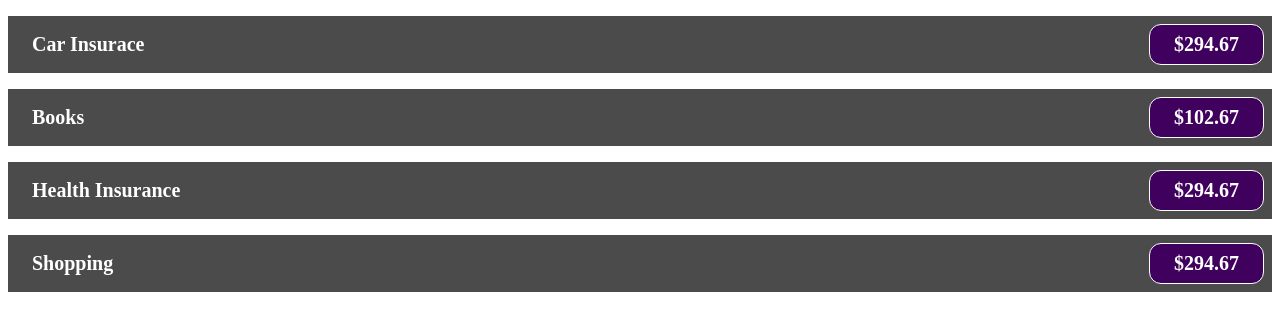
Repository: AbrorjonKuchkarov/expence-tracker-react
Page: /
An editor plug-in stored every save of this project. The page is shown before and after a run of saves, followed by the edit.
The browser window is 1280 px wide. The pictures show the whole page.
The project was rebuilt for these pictures with package versions that can differ from the ones it lists, and the page was loaded fresh each time. Also part of the build but not shown: src/App.css.

Above is the page before, as saved 2022-04-13 15:42:53.

### src/App.js
import "./App.css";
import ExpenseItem from "./components/ExpenseItem";

function App() {
  const expenses = [
    {
      id: "01",
      title: "Car Insurace",
      amount: 294.67,
      // date: new Date(2022, 2, 28),
    },
    {
      id: "02",
      title: "Books",
      amount: 102.67,
      // date: new Date(2022, 3, 28),
    },
    {
      id: "03",
      title: "Health Insurance",
      amount: 294.67,
      // date: new Date(2022, 4, 02),
    },
    {
      id: "04",
      title: "Shopping",
      amount: 294.67,
      // date: new Date(2022, 2, 28),
    },
  ];
  return (
    <div>
      <ExpenseItem
        title={expenses[0].title}
        amount={expenses[0].amount}
        date={expenses[0].date}
      ></ExpenseItem>
      <ExpenseItem
        title={expenses[1].title}
        amount={expenses[1].amount}
        date={expenses[1].date}
      ></ExpenseItem>
      <ExpenseItem
        title={expenses[2].title}
        amount={expenses[2].amount}
        date={expenses[2].date}
      ></ExpenseItem>
      <ExpenseItem
        title={expenses[3].title}
        amount={expenses[3].amount}
        date={expenses[3].date}
      ></ExpenseItem>
    </div>
  );
}

export default App;

### src/components/ExpenseItem.js
import React from "react";
import "./ExpenseItem.css";

const ExpenseItem = (props) => {
  return (
    <div className="expense-item">
      {/* <div>{props.date.toISOString()}</div> */}
      <div className="expense-item__description">
        <h2>{props.title}</h2>
        <div className="expense-item__price">${props.amount}</div>
      </div>
    </div>
  );
};

export default ExpenseItem;

### src/components/ExpenseItem.css
.expense-item{
   display: flex;
   justify-content: space-between;
   align-items: center;
   box-shadow: 0, 2px, 8px rgba(0,0,0,0.25);
   padding: 0.5rem;
   margin: 1rem 0;
   background-color: #4b4b4b;
}

.expense-item__description{
   display: flex;
   flex-direction: column;
   gap: 1rem;
   align-items: flex-end;
   flex-flow: column-reverse;
   justify-content: flex-start;
   flex: 1;
}

.expense-item h2{
   color: #3a3a3a;
   font-size: 1rem;
   flex: 1;
   margin: 0 1rem;
   color: white;
}

.expense-item__price {
   font-size: 1rem;
   font-weight: bold;
   color: white;
   background-color: #40005d;
   border: 1px solid white;
   padding: 0.5rem;
   border-radius: 12px;
}

@media (min-width: 580px){
   .expense-item__description{
      flex-direction: row;
      align-items: center;
      justify-content: flex-start;
      flex: 1;
   }

   .expense-item__description h2 {
      font-size: 1.25rem;
   }

   .expense-item__price {
      font-size: 1.25rem;
      padding: 0.5rem 1.5rem;
   }
}

Loaded but not shown: public/index.html (common file); src/index.js (common file)

After the next 5 saves:
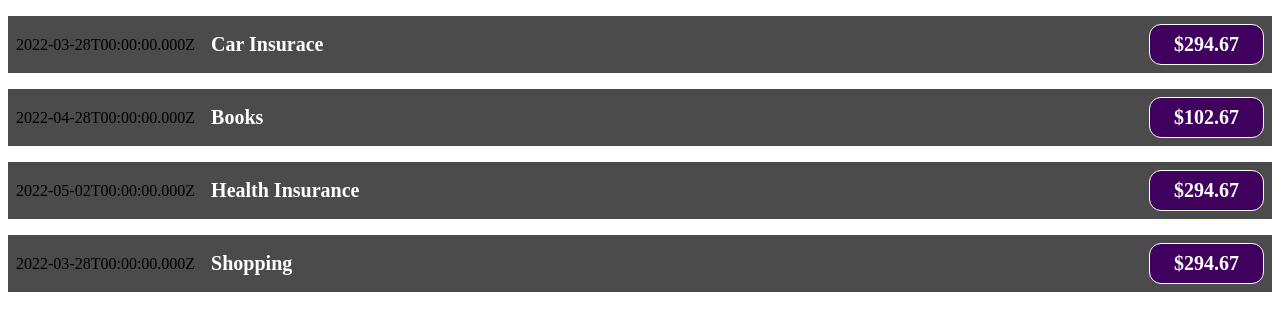
The 5 saves are shown as one change because 4 did not build or start.
The last was saved 2 min 15 s later.
--- a/src/App.js
+++ b/src/App.js
@@ -7,25 +7,25 @@ function App() {
       id: "01",
       title: "Car Insurace",
       amount: 294.67,
-      // date: new Date(2022, 2, 28),
+      date: new Date(2022, 2, 28),
     },
     {
       id: "02",
       title: "Books",
       amount: 102.67,
-      // date: new Date(2022, 3, 28),
+      date: new Date(2022, 3, 28),
     },
     {
       id: "03",
       title: "Health Insurance",
       amount: 294.67,
-      // date: new Date(2022, 4, 02),
+      date: new Date(2022, 4, 2),
     },
     {
       id: "04",
       title: "Shopping",
       amount: 294.67,
-      // date: new Date(2022, 2, 28),
+      date: new Date(2022, 2, 28),
     },
   ];
   return (
--- a/src/components/ExpenseItem.js
+++ b/src/components/ExpenseItem.js
@@ -4,7 +4,7 @@
 const ExpenseItem = (props) => {
   return (
     <div className="expense-item">
-      {/* <div>{props.date.toISOString()}</div> */}
+      <div>{props.date.toISOString()}</div>
       <div className="expense-item__description">
         <h2>{props.title}</h2>
         <div className="expense-item__price">${props.amount}</div>

After the 2 saves that followed:
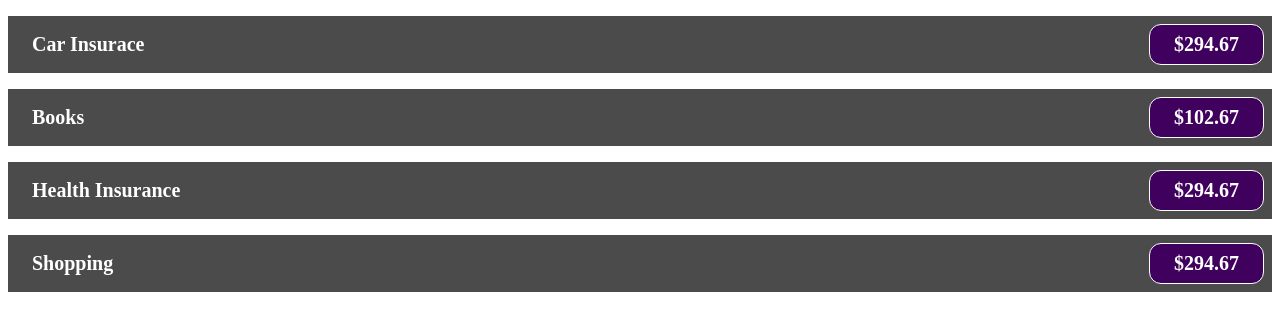
The 2 saves are shown as one change because 1 did not build or start.
The last was saved 3 min 22 s later.
--- a/src/components/ExpenseItem.js
+++ b/src/components/ExpenseItem.js
@@ -4,7 +4,7 @@
 const ExpenseItem = (props) => {
   return (
     <div className="expense-item">
-      <div>{props.date.toISOString()}</div>
+      <div></div>
       <div className="expense-item__description">
         <h2>{props.title}</h2>
         <div className="expense-item__price">${props.amount}</div>
